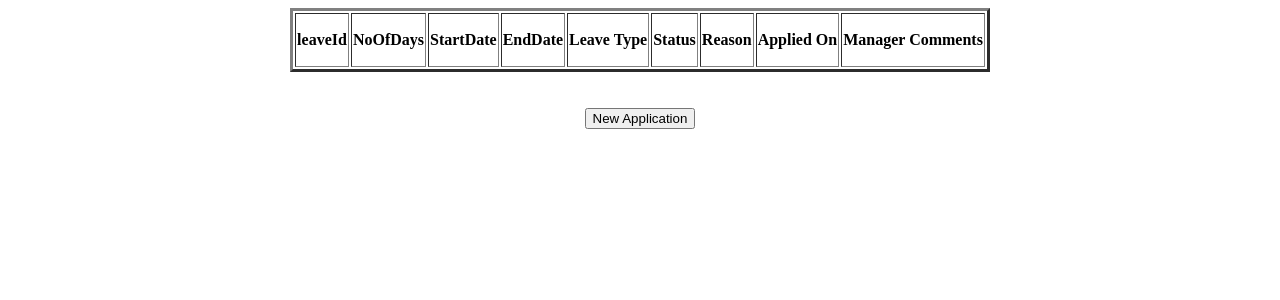
Repository: vinodkumarr269/mode1
Page: day14/EMS/WebContent/MyLeave.html
The author's editor kept a copy of each file at every save. The page is drawn from the files as they stood at one save, then again after the next save.
The browser window is 1280 px wide. The pictures show the whole page.

Above is the page before, as saved 2019-08-28 11:31:08.

### day14/EMS/WebContent/MyLeave.html
<!DOCTYPE html>
<html>
<head>
<meta charset="ISO-8859-1">
<title>Insert title here</title>
</head>
<body>
<form method="get" action="LeaveServlet" >
          <center>
               <table border="3">
               <tr>
                  <th height="50px",width="100px">leaveId</th>

                  <th colspan="2">NoOfDays</th>
                 <th colspan="2">StartDate</th>


                  <th height="40px",width="80px">EndDate</th>
                  <th>Leave Type</th>
                  <th>Status</th>
                  <th>Reason</th>
                  <th>Applied On</th>
                  <th>Manager Comments</th>
               </tr>
               </table>  <br/><br/>
                <input type="submit" value="New Application" >
          </center>
          </form>

</body>
</html>

After the next save:
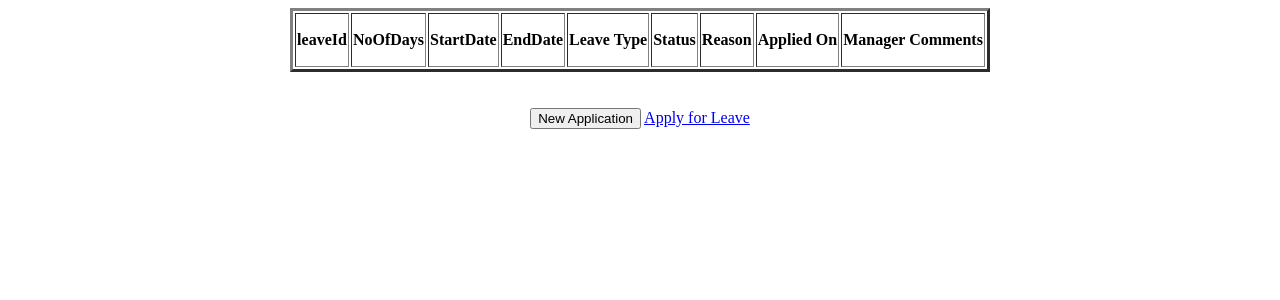
Saved 108 s later.
--- a/day14/EMS/WebContent/MyLeave.html
+++ b/day14/EMS/WebContent/MyLeave.html
@@ -24,6 +24,7 @@
                </tr>
                </table>  <br/><br/>
                 <input type="submit" value="New Application" >
+                  <a href='ApplyLeave.html'>Apply for Leave</a>
           </center>
           </form>
 
